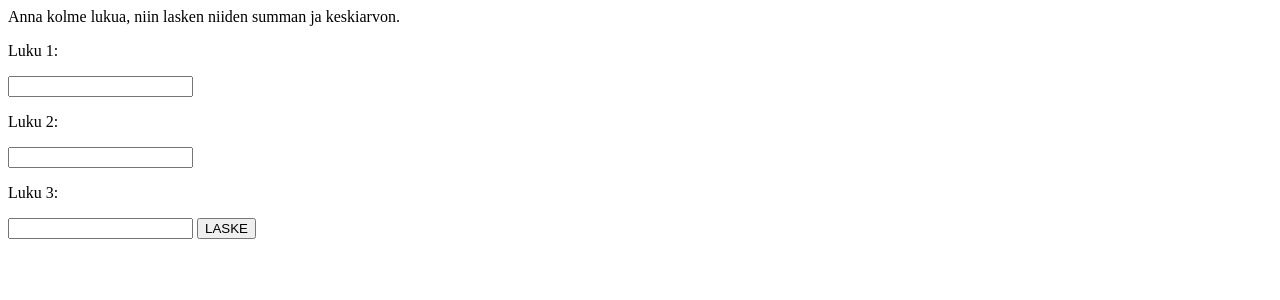
Repository: koodaajakige/knykanen
Page: public_html/be/kolmelukua.html
The author's editor kept a copy of each file at every save. The page is drawn from the files as they stood at one save, then again after the next save.
The browser window is 1280 px wide. The pictures show the whole page.

Above is the page before, as saved 2022-10-14 14:54:07.

### public_html/be/kolmelukua.html
<head></head>
    <meta charset="UTF-8">
</head>
<body>

<p>Anna kolme lukua, niin lasken niiden summan ja keskiarvon.</p>
<form action="bmi.php" method="GET">
    <p>Luku 1:</p>
    <input type="text" name="luku1">
    <p>Luku 2:</p>
    <input type="text" name="luku2">
    <p>Luku 3:</p>
    <input type="text" name="luku3">
    <input type="submit" value="LASKE">
</form>
</body>

After the next save:
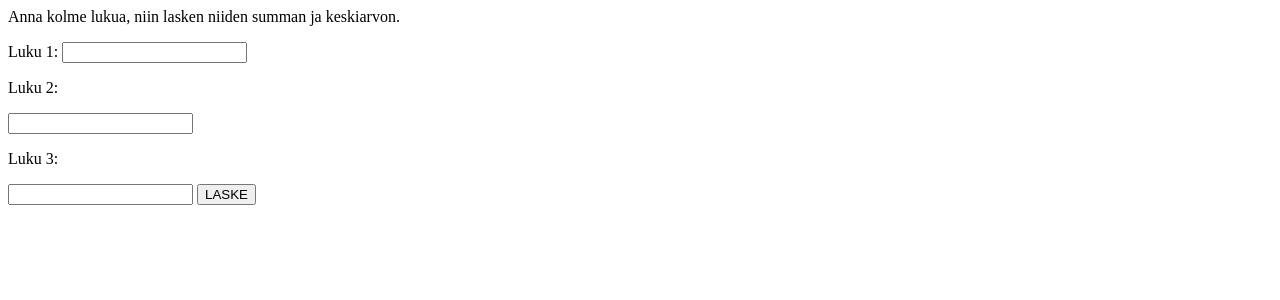
Saved 49 s later.
--- a/public_html/be/kolmelukua.html
+++ b/public_html/be/kolmelukua.html
@@ -5,8 +5,8 @@
 
 <p>Anna kolme lukua, niin lasken niiden summan ja keskiarvon.</p>
 <form action="bmi.php" method="GET">
-    <p>Luku 1:</p>
-    <input type="text" name="luku1">
+    <p>Luku 1:
+    <input type="text" name="luku1"></p>
     <p>Luku 2:</p>
     <input type="text" name="luku2">
     <p>Luku 3:</p>
